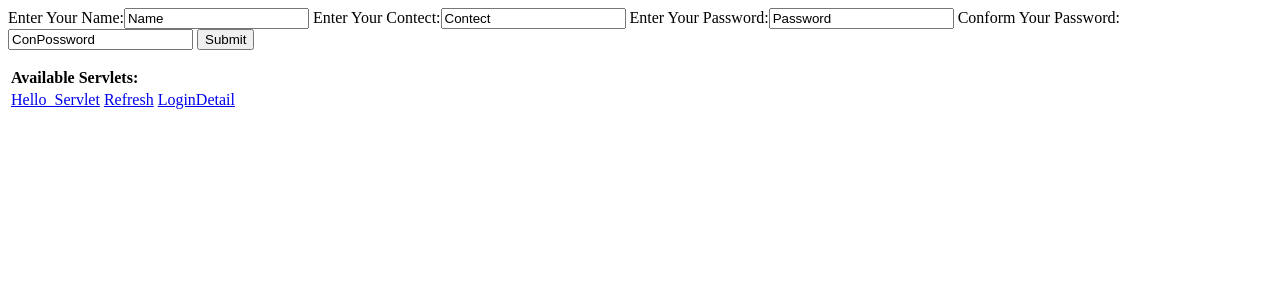
Repository: 123umakant/Home
Page: Demo/Hello_Servlet/war/index.html
These files come from the project's save history. The page is drawn as it stood at one moment and after the next save; the edit follows.
The browser window is 1280 px wide. The pictures show the whole page.

Above is the page before, as saved 2018-11-29 12:05:59.

After the next save:
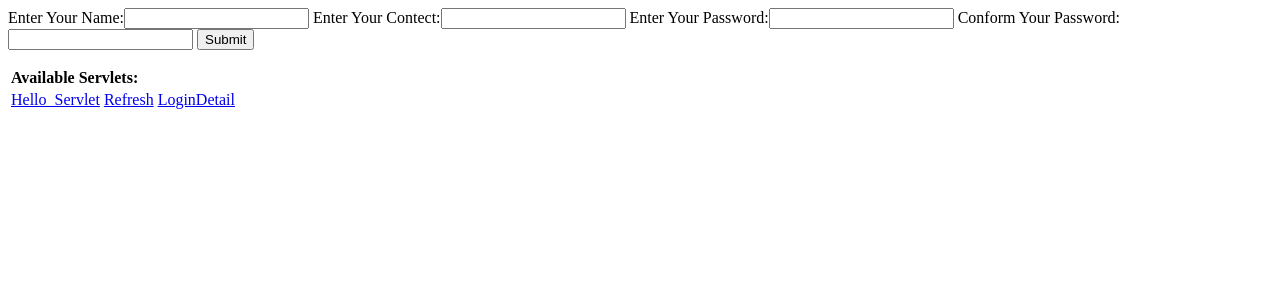
Saved 5 min 4 s later.
--- a/Demo/Hello_Servlet/war/index.html
+++ b/Demo/Hello_Servlet/war/index.html
@@ -15,10 +15,10 @@
   <body>
     <form action="Login" method="post">
 
-    Enter Your Name:<input type="text" value="Name">
-    Enter Your Contect:<input type="text" value="Contect">
-    Enter Your Password:<input type="text" value="Password">
-     Conform Your Password:<input type="text" value="ConPossword">
+    Enter Your Name:<input type="text" name="Name">
+    Enter Your Contect:<input type="text" name="Contect">
+    Enter Your Password:<input type="text" name="Password">
+     Conform Your Password:<input type="text" name="ConPossword">
     <input type="submit" value="Submit">
     </form>
 
